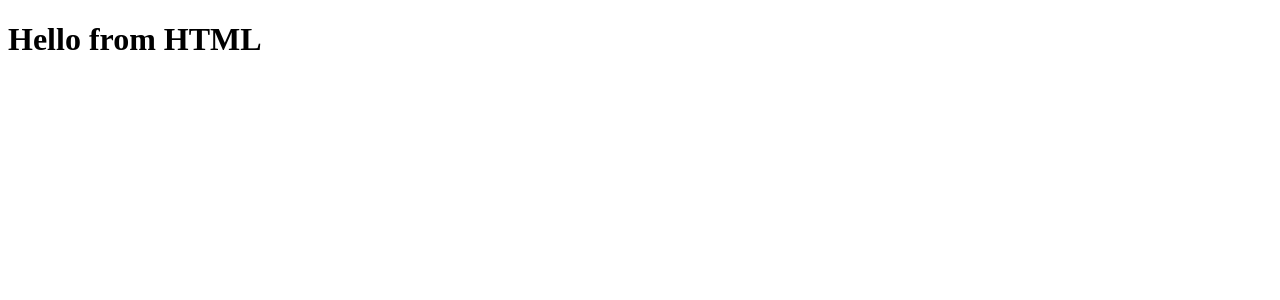
Repository: vinayingalahalli/java_batch1_revature
Page: revature_java/my_first_web_app/WebContent/index.html
These files come from the project's save history. The page is drawn as it stood at one moment and after the next save; the edit follows.
The browser window is 1280 px wide. The pictures show the whole page.

Above is the page before, as saved 2019-09-03 15:29:22.

After the next save:
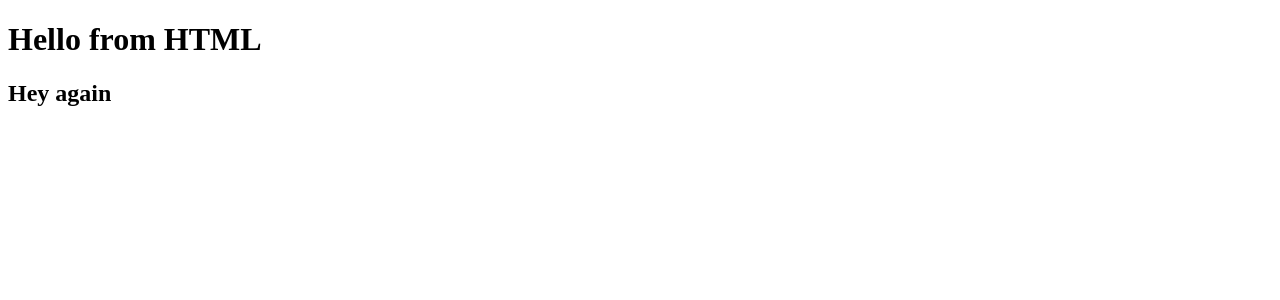
Saved 3 min 47 s later.
--- a/revature_java/my_first_web_app/WebContent/index.html
+++ b/revature_java/my_first_web_app/WebContent/index.html
@@ -6,5 +6,6 @@
 </head>
 <body>
 <h1>Hello from HTML</h1>
+<h2>Hey again</h2>
 </body>
 </html>
